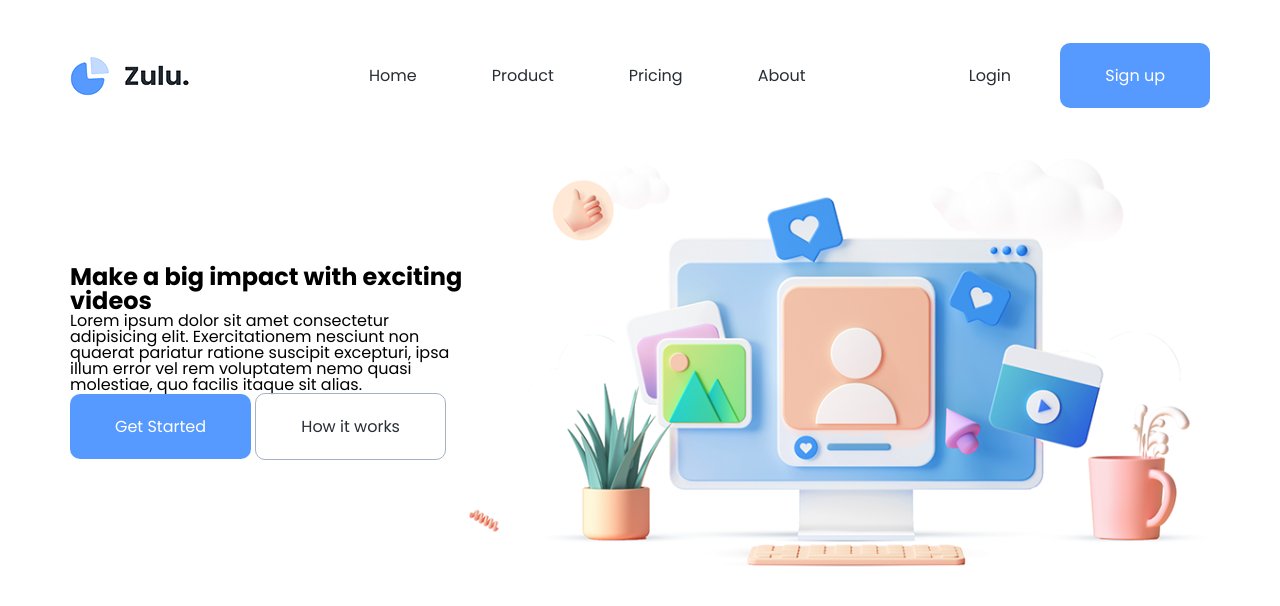
Repository: baodien1405/zulu-landing-page
Page: index.html
The author's editor kept a copy of each file at every save. The page is drawn from the files as they stood at one save, then again after the next save.
The browser window is 1280 px wide. The pictures show the whole page.
The style sheet was rebuilt from its Sass, Less or Tailwind sources for each picture, by a compiler version that may differ from the author's.

Above is the page before, as saved 2021-06-22 15:47:37.

After the next save:
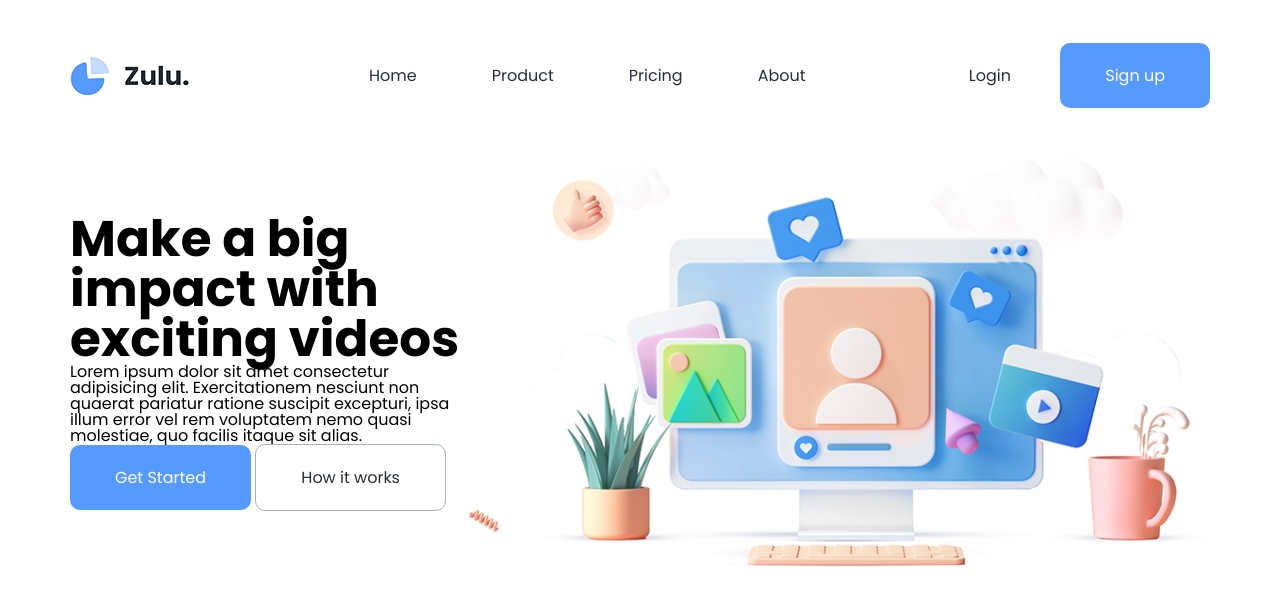
Saved 74 s later.
--- a/_banner.scss
+++ b/_banner.scss
@@ -10,4 +10,8 @@
   &-image {
     width: 65%;
   }
+
+  &-heading {
+    font-size: 50px;
+  }
 }
